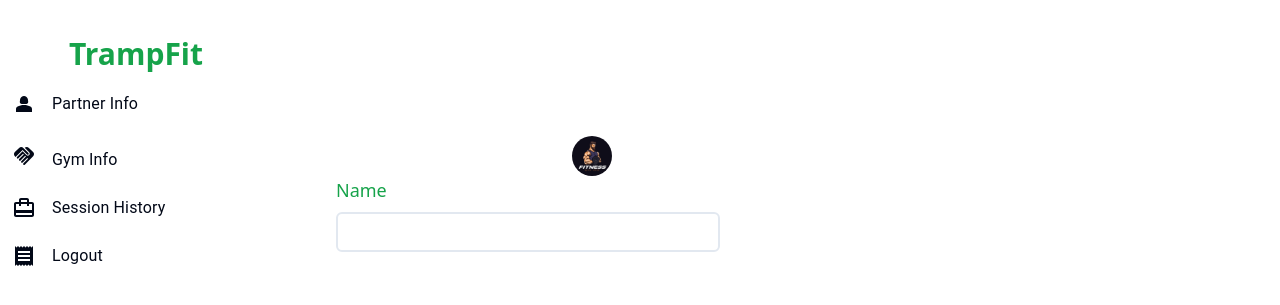
Repository: ezioxatul/TrampFit-Website
Page: /partner/partnerDashboard/gymInfo (app in Frontend/)
The author's editor kept a copy of each file at every save. The page is drawn from the files as they stood at one save, then again after the next save.
The browser window is 1280 px wide. The pictures show the whole page.
The project was rebuilt for these pictures with package versions that can differ from the ones it lists, and the page was loaded fresh each time. The framework's server and built-in components were replaced by stand-ins that run in the browser. Also part of the build but not shown: Frontend/next.config.js, Frontend/next.config.mjs, Frontend/components/Loader.js, Frontend/components/Popup.js.

Above is the page before, as saved 2024-05-16 18:28:18.

### Frontend/pages/_app.js
import Loader from "@/components/Loader";
import "@/styles/globals.css";
import { useRouter } from "next/router";
import { useEffect, useState } from "react";


const Loading = () => {

  return (
    <Loader/>
  );
}

export default function App({ Component, pageProps }) {

  const [loading, setLoading] = useState(false);
  const router = useRouter();

  useEffect(() => {
    const handleStart = () => setLoading(true);
    const handleComplete = () => setLoading(false);

    router.events.on('routeChangeStart', handleStart);
    router.events.on('routeChangeComplete', handleComplete);
    router.events.on('routeChangeError', handleComplete);

    return () => {
      router.events.off('routeChangeStart', handleStart);
      router.events.off('routeChangeComplete', handleComplete);
      router.events.off('routeChangeError', handleComplete);
    };
  }, []);

  return (
    <>
    <div className="h-2">
      {
        loading  &&
          <Loading />

      }
      </div>
          <Component {...pageProps} />

    </>
  );
}

### Frontend/pages/_document.js
import { Html, Head, Main, NextScript } from "next/document";

export default function Document() {
  return (
    <Html lang="en">
          <Head />
          <body>
            <Main />
            <NextScript />
          </body>
        </Html>
        );
}

### Frontend/pages/partner/partnerDashboard/gymInfo.js
import PartnerSideBar from "@/components/PartnerSideBar";
import { Input } from "@/components/ui/input";
import { Avatar } from "@mui/material";
import { Label } from "@/components/ui/label";

export default function gymInfo() {
    const inputClassName = "w-96 text-lg border-2";
    const labelClassName = "text-lg text-green-600 font-normal";
    const containerClassName = "ml-80";
  return (
    <>
      <div className="flex">
        <PartnerSideBar />
        <div className="mt-32 ml-16 flex flex-col">
        <Avatar className="w-36 mx-auto h-36 text-6xl bg-black" src="/gymname.png" />
        <div className="mr-32 space-y-2">
          <Label htmlFor="name" className={labelClassName}>
            Name
          </Label>
          <Input type="text" className={inputClassName} />
        </div>
      </div>
      </div>
    </>
  );
}

### Frontend/styles/globals.css
@tailwind base;
@tailwind components;
@tailwind utilities;


@layer base {
  :root {
    --background: 0 0% 100%;
    --foreground: 222.2 84% 4.9%;

    --card: 0 0% 100%;
    --card-foreground: 222.2 84% 4.9%;

    --popover: 0 0% 100%;
    --popover-foreground: 222.2 84% 4.9%;

    --primary: 222.2 47.4% 11.2%;
    --primary-foreground: 210 40% 98%;

    --secondary: 210 40% 96.1%;
    --secondary-foreground: 222.2 47.4% 11.2%;

    --muted: 210 40% 96.1%;
    --muted-foreground: 215.4 16.3% 46.9%;

    --accent: 210 40% 96.1%;
    --accent-foreground: 222.2 47.4% 11.2%;

    --destructive: 0 84.2% 60.2%;
    --destructive-foreground: 210 40% 98%;

    --border: 214.3 31.8% 91.4%;
    --input: 214.3 31.8% 91.4%;
    --ring: 222.2 84% 4.9%;

    --radius: 0.5rem;
  }

  .dark {
    --background: 222.2 84% 4.9%;
    --foreground: 210 40% 98%;

    --card: 222.2 84% 4.9%;
    --card-foreground: 210 40% 98%;

    --popover: 222.2 84% 4.9%;
    --popover-foreground: 210 40% 98%;

    --primary: 210 40% 98%;
    --primary-foreground: 222.2 47.4% 11.2%;

    --secondary: 217.2 32.6% 17.5%;
    --secondary-foreground: 210 40% 98%;

    --muted: 217.2 32.6% 17.5%;
    --muted-foreground: 215 20.2% 65.1%;

    --accent: 217.2 32.6% 17.5%;
    --accent-foreground: 210 40% 98%;

    --destructive: 0 62.8% 30.6%;
    --destructive-foreground: 210 40% 98%;

    --border: 217.2 32.6% 17.5%;
    --input: 217.2 32.6% 17.5%;
    --ring: 212.7 26.8% 83.9%;
  }
}

@layer base {
  * {
    @apply border-border;
  }
  body {
    @apply bg-background text-foreground;
  }
}


.outline_remove:focus{


}
.focus-visible\:ring-offset-2:focus-visible{
  border:none !important;
  outline: none !important;
  border-style: none;
}

### Frontend/components/PartnerSideBar.js
import List from '@mui/material/List';
import ListItemButton from '@mui/material/ListItemButton';
import ListItemText from '@mui/material/ListItemText';
import Person2Icon from '@mui/icons-material/Person2';
import HandshakeIcon from '@mui/icons-material/Handshake';
import CardTravelIcon from '@mui/icons-material/CardTravel';
import ReceiptIcon from '@mui/icons-material/Receipt';
import LogoutIcon from '@mui/icons-material/Logout';

import { useState } from 'react';
import Link from 'next/link';
import Popup from './Popup';
import { useRouter } from 'next/router';

export default function PartnerSideBar() {

    let SideBarHeading = ['Partner Info', 'Gym Info', 'Session History', 'Logout'];

    let router = useRouter();
    let [start, setStart] = useState(false);

    const logout = () => {
        setStart(!start);
    }


    const logoutEvent = () => {
        localStorage.removeItem('partnerToken');
        setStart(false);
        router.push('/partner/partnerLogin')
    }
    return (
        <>
            <div className=" w-72  m-[-8px] p-1  mb-10">
                <Link href="#"><h1 className=' text-green-600 text-3xl font-semibold text-center mt-8 cursor-pointer'>TrampFit</h1></Link>

                <List className='bg-white mt-8 ml-6 space-y-2'>
                    {
                        SideBarHeading.map((text, index) => {
                            return (
                                index === 1 ?
                                    <>

                                        <ListItemButton className=' space-x-4 flex justify-between hover:bg-green-100 hover:rounded-2xl hover:text-green-600'>
                                            <Link href="/partner/partnerDashboard/gymInfo" className='flex space-x-4 '>
                                                <HandshakeIcon className='text-2xl' />
                                                <ListItemText primary={text} />
                                            </Link>
                                        </ListItemButton>

                                    </> :
                                    index === 0 ?
                                        <Link href="/partner/partnerDashboard/partnerInfo">
                                            <ListItemButton className=' space-x-4 hover:bg-green-100 hover:rounded-2xl hover:text-green-600'>
                                                <Person2Icon className='text-2xl' />
                                                <ListItemText primary={text} />
                                            </ListItemButton>
                                        </Link> :
                                        index === 2 ?
                                            <Link href="#">
                                                <ListItemButton className=' space-x-4 hover:bg-green-100 hover:rounded-2xl hover:text-green-600'>
                                                    <CardTravelIcon className='text-2xl' />
                                                    <ListItemText primary={text} />
                                                </ListItemButton>
                                            </Link> :
                                            index === 3 ?
                                                <Link href="#">
                                                    <ListItemButton className=' space-x-4 hover:bg-green-100 hover:rounded-2xl hover:text-green-600'>
                                                        <ReceiptIcon className='text-2xl' />
                                                        <ListItemText primary={text} />
                                                    </ListItemButton>
                                                </Link> :
                                                <ListItemButton className=' space-x-4 hover:bg-green-100 hover:rounded-2xl hover:text-green-600' onClick={logout}>
                                                    <LogoutIcon className='text-2xl' />
                                                    <ListItemText primary={text} />
                                                    <Popup open={start} title={"Do you Really want to Logout?"} cancel="Cancel" logout="Logout" logoutEvent={logoutEvent} cancelEvent={logout} />
                                                </ListItemButton>
                            )
                        })
                    }
                </List>
            </div>
        </>
    );
}

### Frontend/tailwind.config.js
/** @type {import('tailwindcss').Config} */
module.exports = {
  darkMode: ["class"],
  content: [
    './pages/**/*.{js,jsx}',
    './components/**/*.{js,jsx}',
    './app/**/*.{js,jsx}',
    './src/**/*.{js,jsx}',
  ],
  prefix: "",
  theme: {
    container: {
      center: true,
      padding: "2rem",
      screens: {
        "2xl": "1400px",
      },
    },
    extend: {fontFamily: {
      play: ["Play", "sans-serif"],
    },
      colors: {
        border: "hsl(var(--border))",
        input: "hsl(var(--input))",
        ring: "hsl(var(--ring))",
        background: "hsl(var(--background))",
        foreground: "hsl(var(--foreground))",
        primary: {
          DEFAULT: "hsl(var(--primary))",
          foreground: "hsl(var(--primary-foreground))",
        },
        secondary: {
          DEFAULT: "hsl(var(--secondary))",
          foreground: "hsl(var(--secondary-foreground))",
        },
        destructive: {
          DEFAULT: "hsl(var(--destructive))",
          foreground: "hsl(var(--destructive-foreground))",
        },
        muted: {
          DEFAULT: "hsl(var(--muted))",
          foreground: "hsl(var(--muted-foreground))",
        },
        accent: {
          DEFAULT: "hsl(var(--accent))",
          foreground: "hsl(var(--accent-foreground))",
        },
        popover: {
          DEFAULT: "hsl(var(--popover))",
          foreground: "hsl(var(--popover-foreground))",
        },
        card: {
          DEFAULT: "hsl(var(--card))",
          foreground: "hsl(var(--card-foreground))",
        },
      },
      borderRadius: {
        lg: "var(--radius)",
        md: "calc(var(--radius) - 2px)",
        sm: "calc(var(--radius) - 4px)",
      },
      keyframes: {
        "accordion-down": {
          from: { height: "0" },
          to: { height: "var(--radix-accordion-content-height)" },
        },
        "accordion-up": {
          from: { height: "var(--radix-accordion-content-height)" },
          to: { height: "0" },
        },
      },
      animation: {
        "accordion-down": "accordion-down 0.2s ease-out",
        "accordion-up": "accordion-up 0.2s ease-out",
      },
    },
  },
  plugins: [require("tailwindcss-animate")],
}

Loaded but not shown: Frontend/components/ui/input.jsx (common file); Frontend/components/ui/label.jsx (common file); Frontend/lib/utils.js (common file)

After the next save:
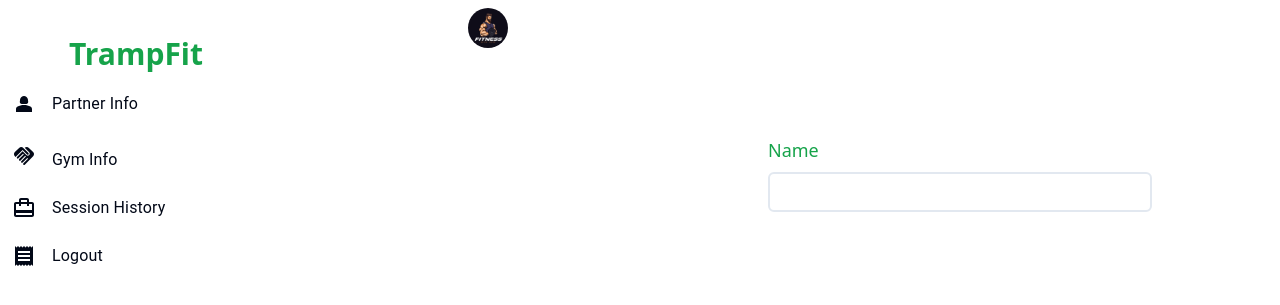
Saved 75 s later.
--- a/Frontend/pages/partner/partnerDashboard/gymInfo.js
+++ b/Frontend/pages/partner/partnerDashboard/gymInfo.js
@@ -11,8 +11,8 @@ export default function gymInfo() {
     <>
       <div className="flex">
         <PartnerSideBar />
+        <Avatar className="w-36 mx-auto h-36 text-6xl bg-black" src="/gymname.png" />
         <div className="mt-32 ml-16 flex flex-col">
-        <Avatar className="w-36 mx-auto h-36 text-6xl bg-black" src="/gymname.png" />
         <div className="mr-32 space-y-2">
           <Label htmlFor="name" className={labelClassName}>
             Name
